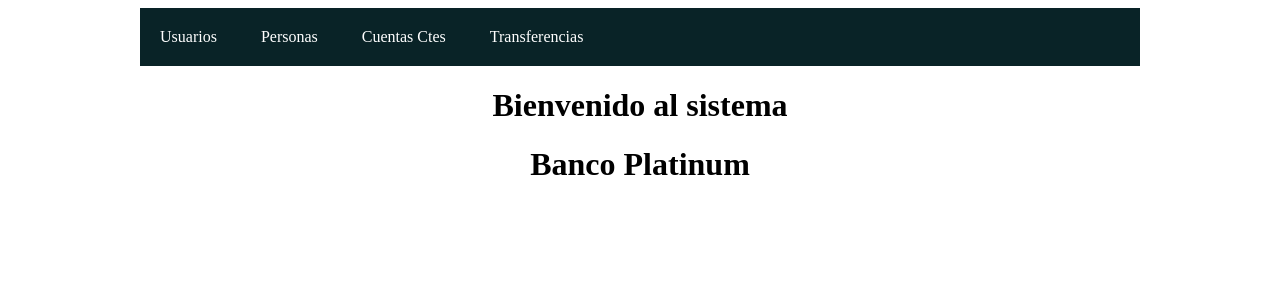
Repository: miguelalvarezcl/examen
Page: http://localhost/CtaCorriente/home.jsp
The author's editor kept a copy of each file at every save. The page is drawn from the files as they stood at one save, then again after the next save.
The browser window is 1280 px wide. The pictures show the whole page.
The page is served by Tomcat 9. Other server files are loaded and not shown.

Above is the page before, as saved 2021-11-12 22:11:29.

### CtaCorriente/WebContent/home.jsp
<%@ page language="java" contentType="text/html; charset=utf-8"
    pageEncoding="utf-8"%>
<!DOCTYPE html>
<html>
<head>
<meta charset="utf-8">
<title>Banco Platinum</title>
</head>
<body>

		<ul class="menu">
			<li><a href="http://localhost:49732/CtaCorriente/">Usuarios</a></li>
			<li><a href="http://localhost:49732/CtaCorriente/listPersonabd">Personas</a></li>
			<li><a href="http://localhost:49732/CtaCorriente/listCuentabd">Cuentas Ctes</a></li>
			<li><a href="http://localhost:49732/CtaCorriente/listTransferencia">Transferencias</a></li>

		</ul>


	<div style="text-align: center">
		<h1>Bienvenido al sistema</h1>
		<h1>Banco Platinum</h1>
	</div>



</body>
</html>
<style>




.menu{
	list-style: none;
	padding: 0;
	background: #092327;
	width: 90%;
	max-width: 1000px;
	margin: auto;
}

.menu li a{
	text-decoration: none;
	color: white;
	padding: 20px;
	display: block;
}

.menu li{
	display: inline-block;
	text-align: center;
}

.menu li a:hover{
	background: #ef8354;
}


</style>

After the next save:
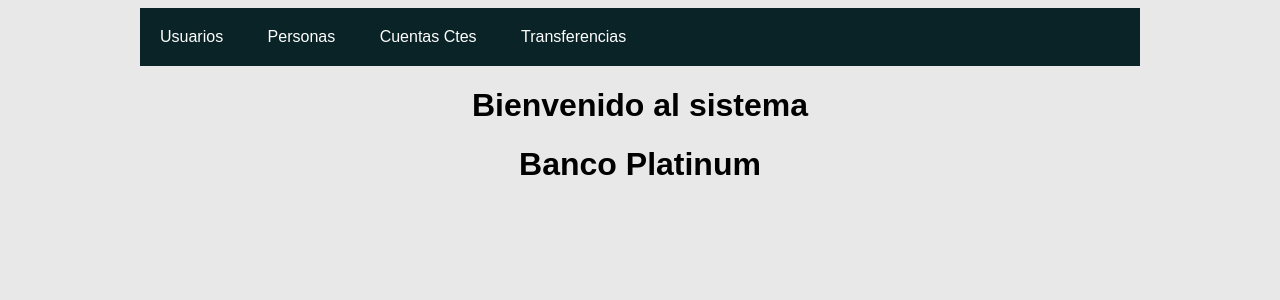
Saved 4 min 54 s later.
--- a/CtaCorriente/WebContent/home.jsp
+++ b/CtaCorriente/WebContent/home.jsp
@@ -27,8 +27,10 @@
 </body>
 </html>
 <style>
-
-
+body{
+	font-family: arial, helvetica;
+	background: #e8e8e8;
+}
 
 
 .menu{
